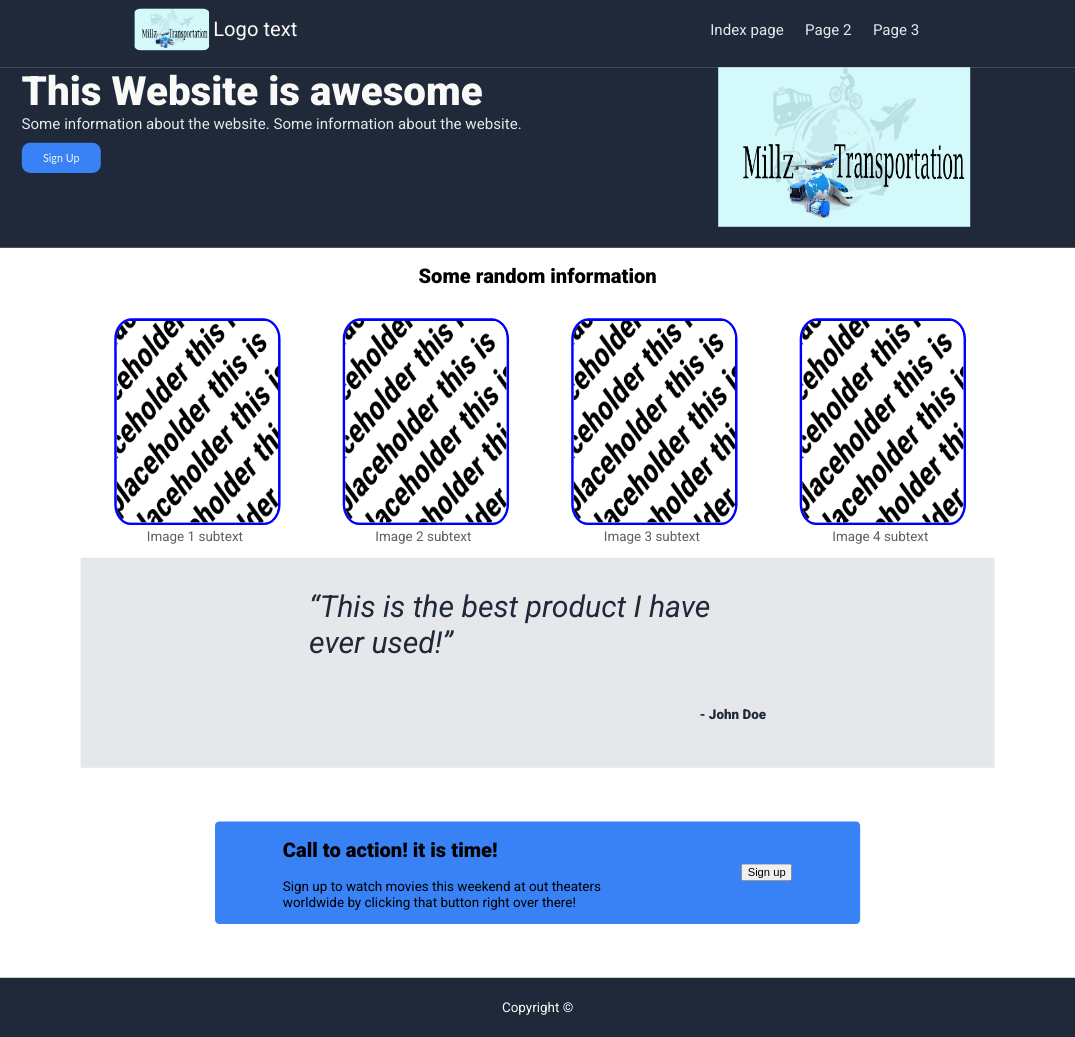
Repository: MikkyPrestige/css-assignment
Page: index.html
An editor plug-in stored every save of this project. The page is shown before and after the next save, followed by the edit.
The browser window is 1280 px wide. The pictures show the whole page, at 84% of full size.

Above is the page before, as saved 2023-04-27 02:42:48.

After the next save:
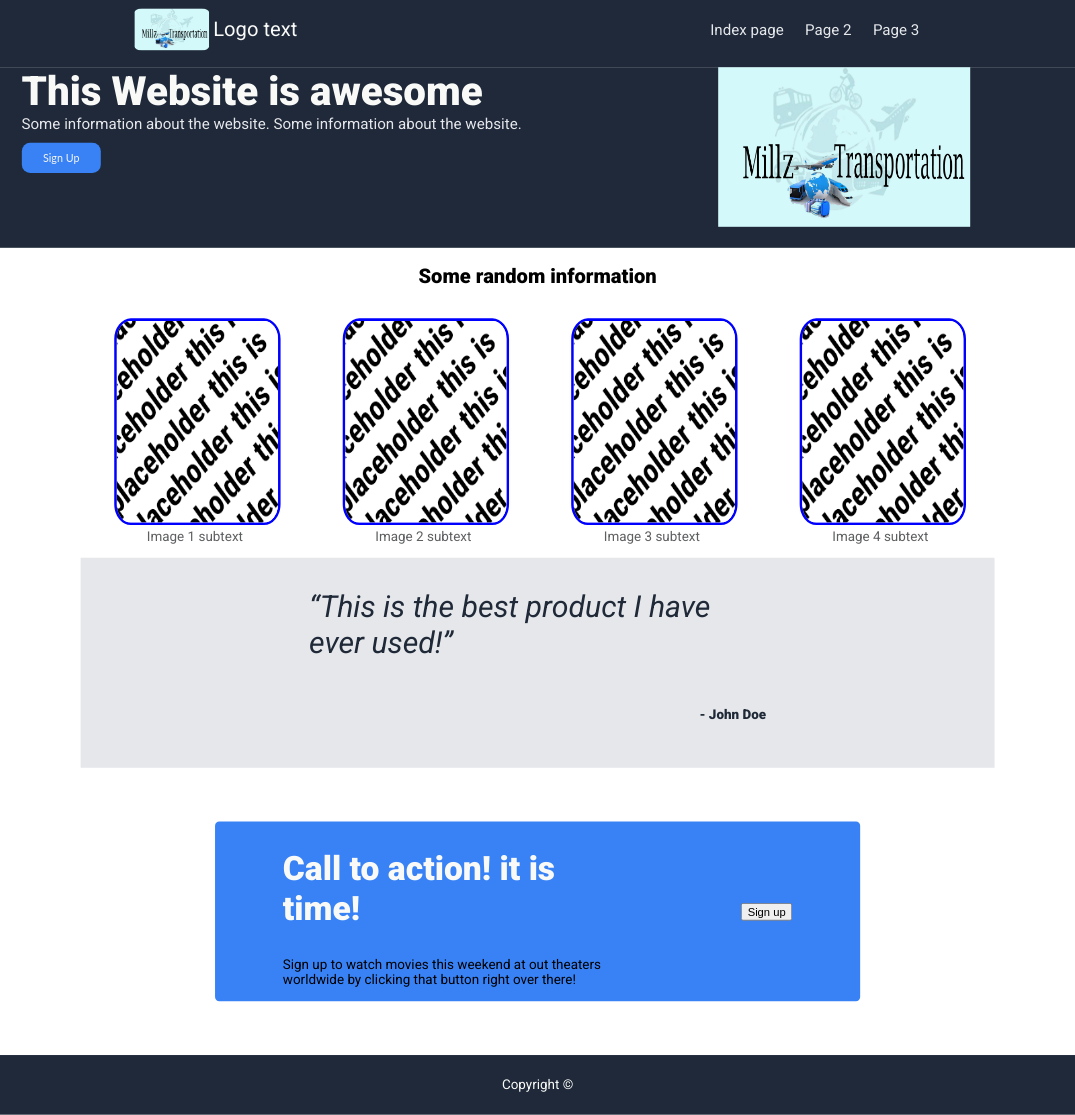
Saved 40 s later.
--- a/styles/index.css
+++ b/styles/index.css
@@ -252,6 +252,11 @@
 	flex-basis: 50%;
 }
 
+.section4-cta__title {
+	font-size: 2.5rem;
+	color: #F9FAF8;
+}
+
 @keyframes slider {
     0%, 25%, 100%{left: 0}
 
